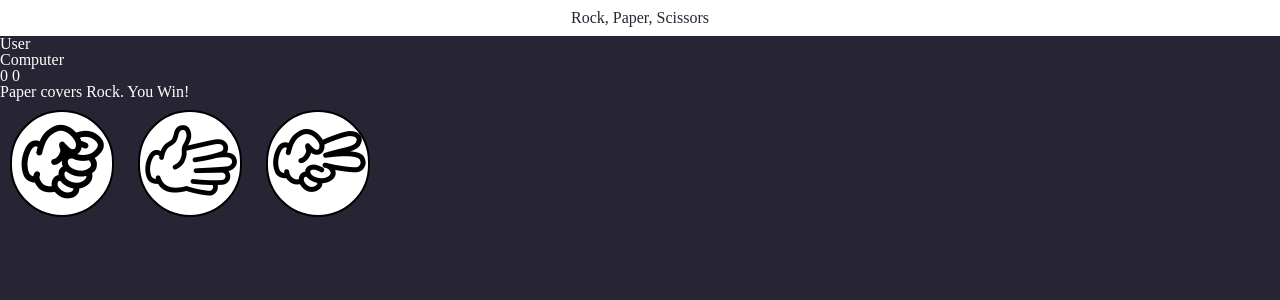
Repository: AndersonGuilherme/rock-paper-scissor-game-javascript
Page: index.html
An editor plug-in stored every save of this project. The page is shown before and after a run of saves, followed by the edit.
The browser window is 1280 px wide. The pictures show the whole page.

Above is the page before, as saved 2019-01-12 23:00:00.

After the next 7 saves:
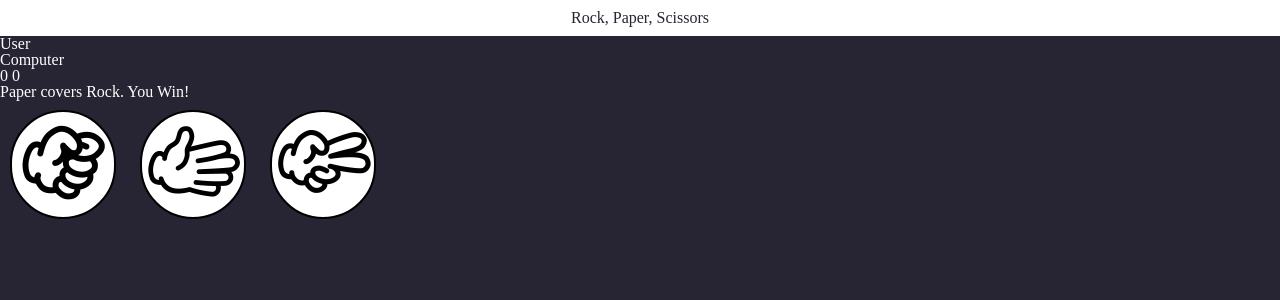
The 7 saves are shown as one change because they came seconds apart.
The last was saved 11 s later.
--- a/src/public/css/style.css
+++ b/src/public/css/style.css
@@ -26,4 +26,5 @@ body{
 
 .choice>img{
     max-height: 100px;
+    padding: 1px;
 }
